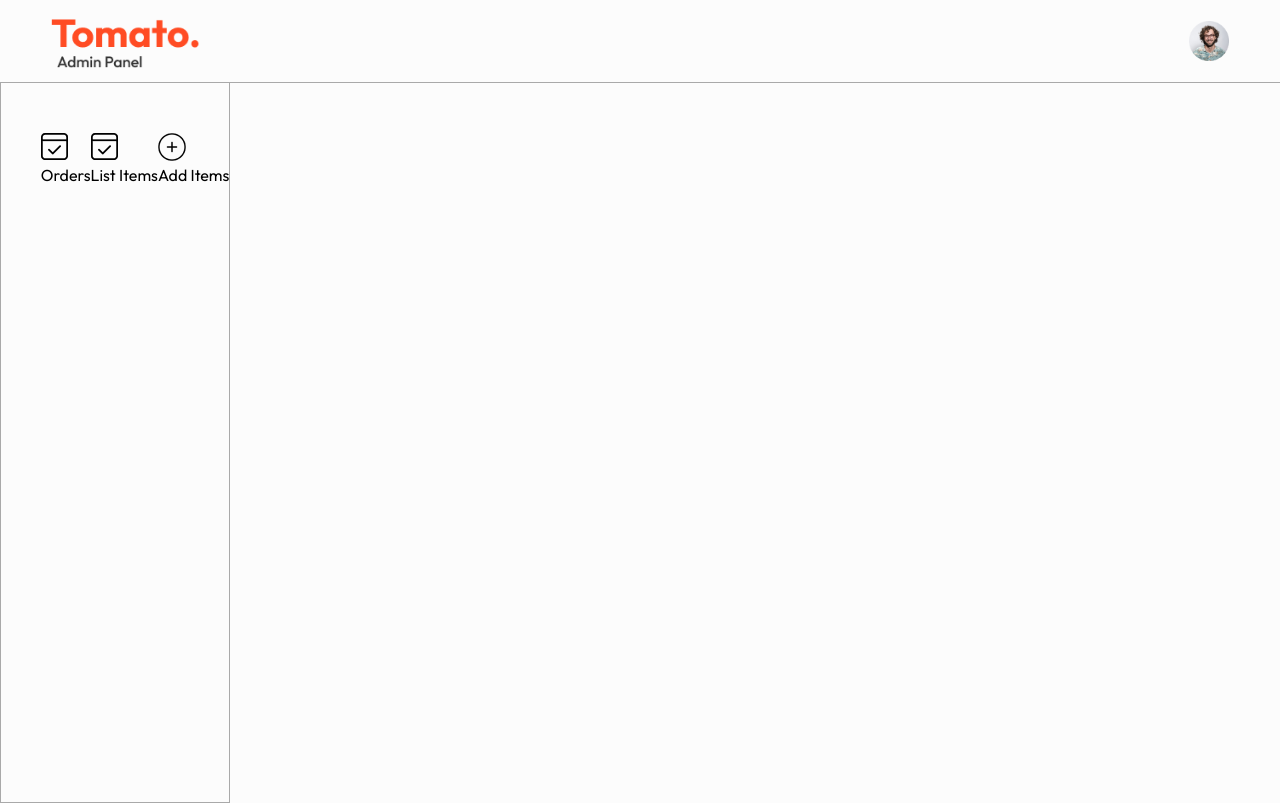
Repository: sodmaq/food-delivery
Page: / (app in admin/)
These files come from the project's save history. The page is drawn as it stood at one moment and after the next save; the edit follows.
The browser window is 1280 px wide. The pictures show the whole page.
The project was rebuilt for these pictures with package versions that can differ from the ones it lists, and the page was loaded fresh each time. Also part of the build but not shown: admin/vite.config.js.

Above is the page before, as saved 2024-09-29 17:32:11.

After the next save:
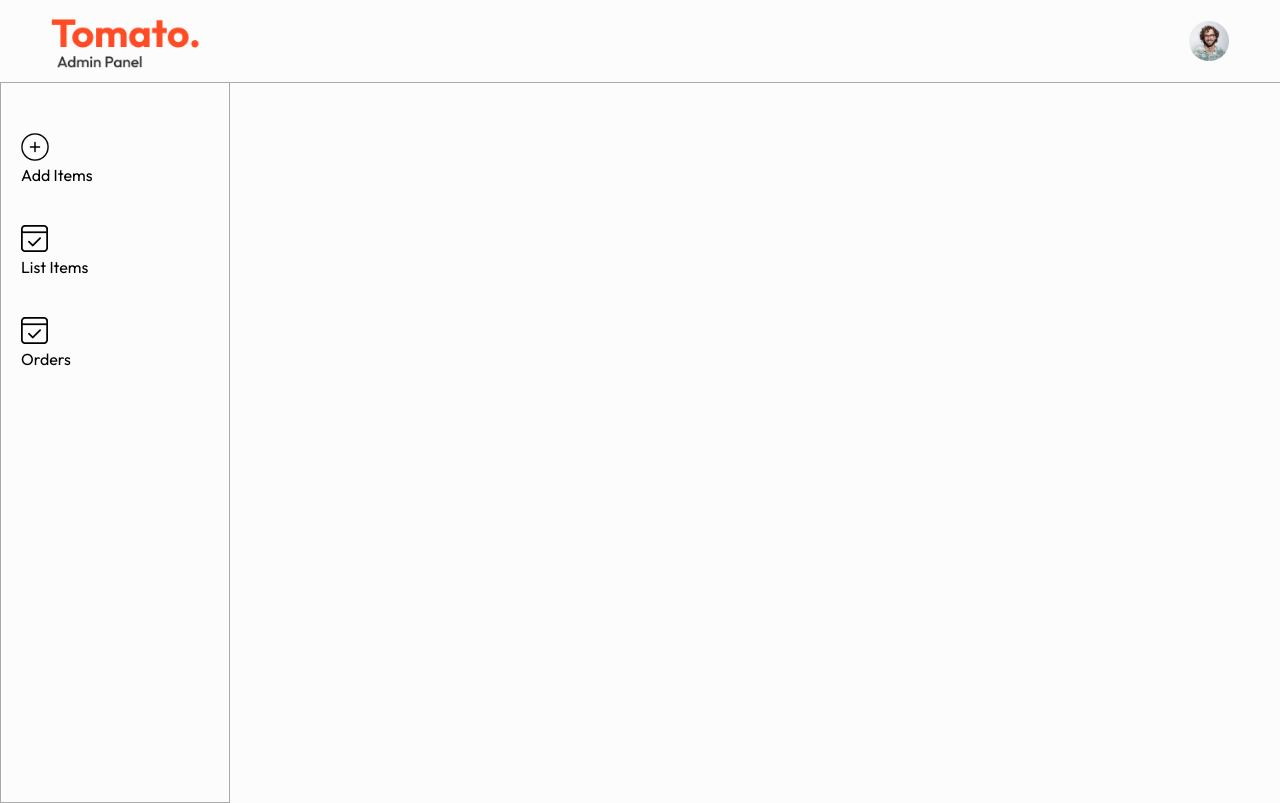
Saved 7 s later.
--- a/admin/src/components/sidebar/SideBar.css
+++ b/admin/src/components/sidebar/SideBar.css
@@ -9,5 +9,6 @@
   padding-top: 50px;
   padding-left: 20px;
   display: flex;
-  flex-direction: row-reverse;
+  flex-direction: column;
+  gap: 40px;
 }
